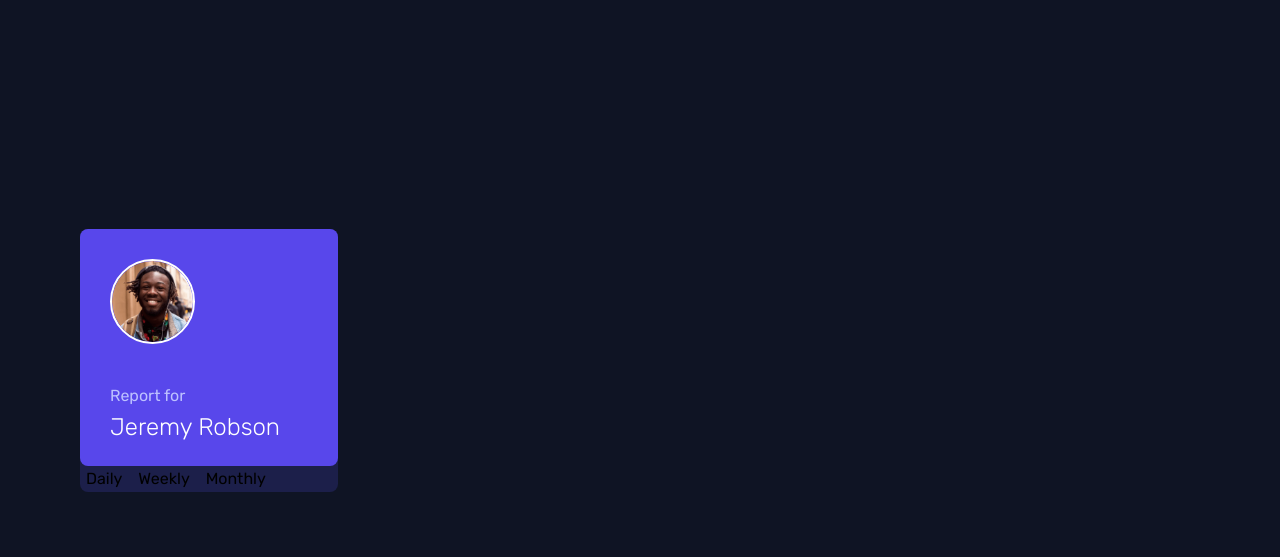
Repository: Akashiii1/WebTimeTracking_Day6
Page: index.html
An editor plug-in stored every save of this project. The page is shown before and after the next save, followed by the edit.
The browser window is 1280 px wide. The pictures show the whole page.

Above is the page before, as saved 2021-12-26 23:51:35.

After the next save:
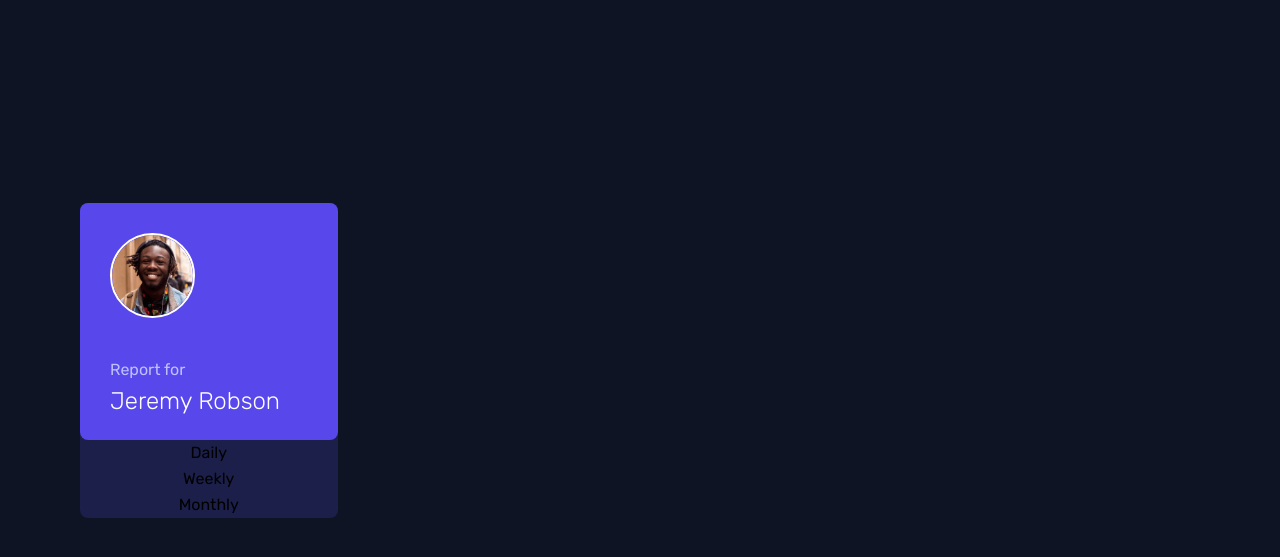
Saved 12 s later.
--- a/style.css
+++ b/style.css
@@ -94,6 +94,10 @@ body{
 button{
   cursor: pointer;
 }
+.options{
+  display: flex;
+  flex-direction: column;
+}
 .user-btn{
   border: 0;
   outline: none;
